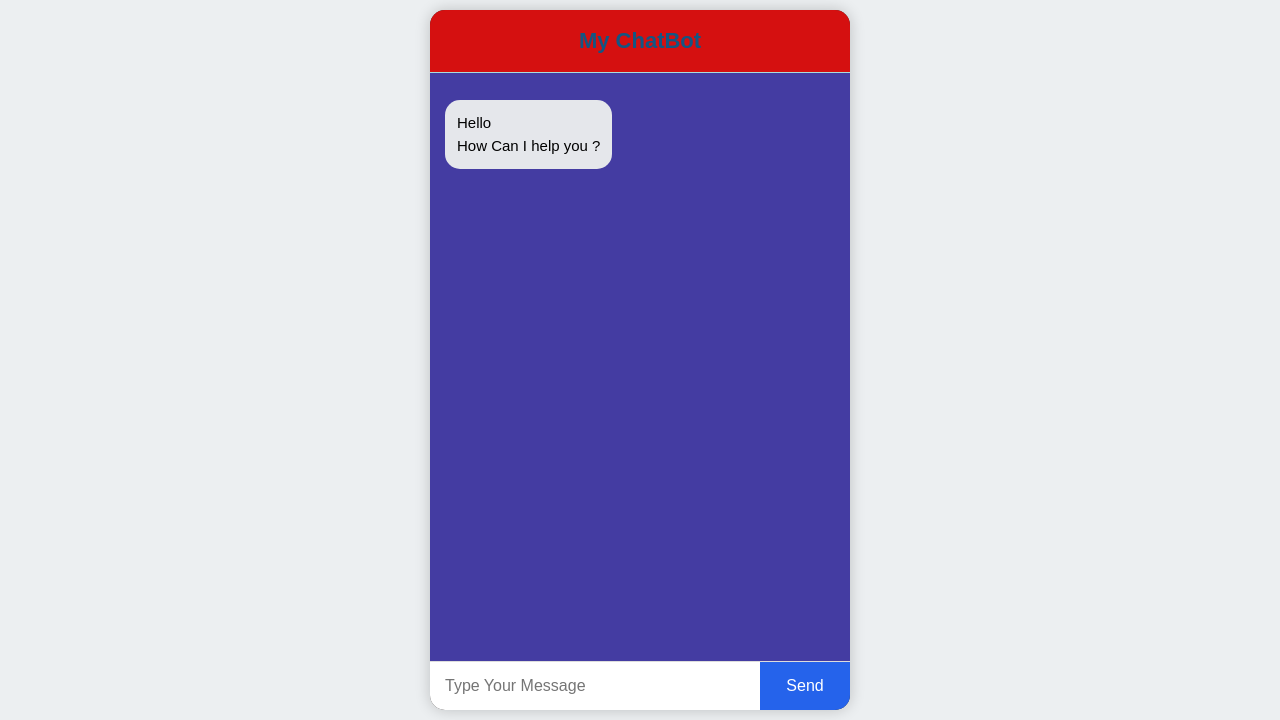
Repository: nt269782-web/Offline-ChatBot
Page: front.html
The author's editor kept a copy of each file at every save. The page is drawn from the files as they stood at one save, then again after a run of saves.
The browser window is 1280 px wide. The pictures show the whole page.

Above is the page before, as saved 2026-07-11 23:05:43.

After the next 2 saves:
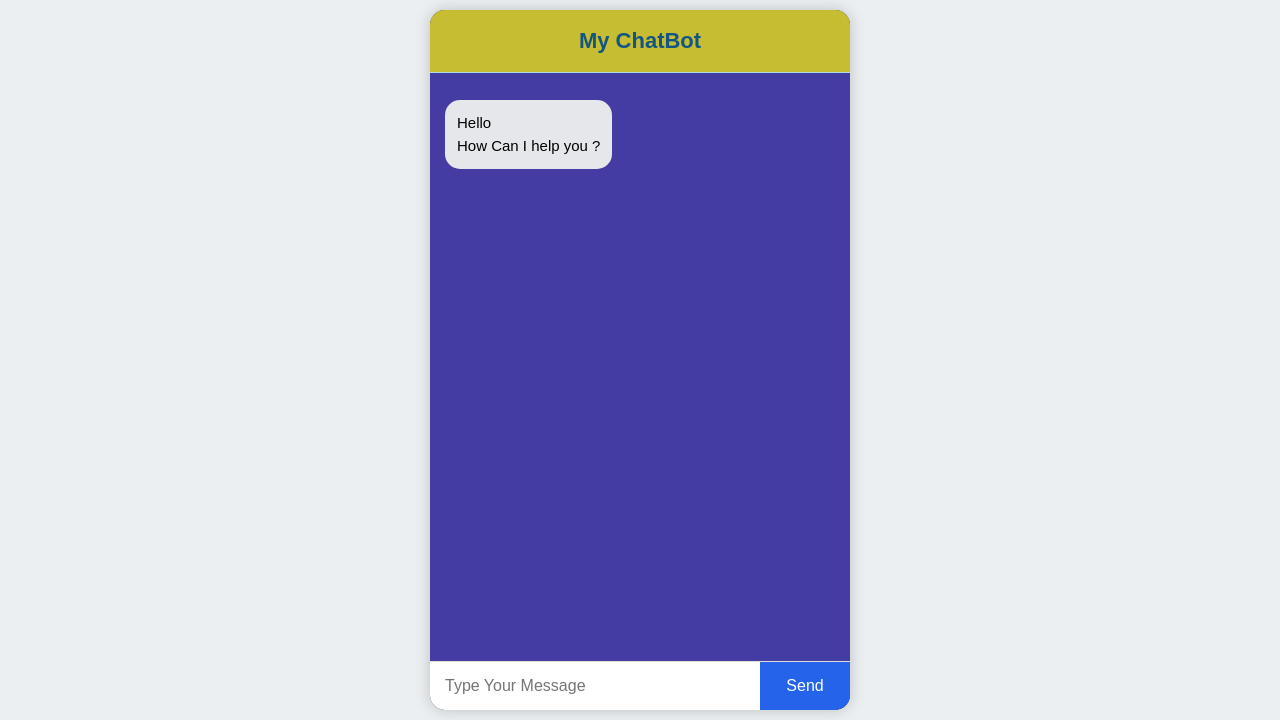
The 2 saves are shown as one change because they came seconds apart.
The last was saved 12 s later.
--- a/front.html
+++ b/front.html
@@ -32,7 +32,7 @@
 
         }
         .header{
-            background-color: rgb(213, 16, 16);
+            background-color: rgb(199, 189, 50);
             color: #135683;
             text-align: center;
             font-size: 22px;
